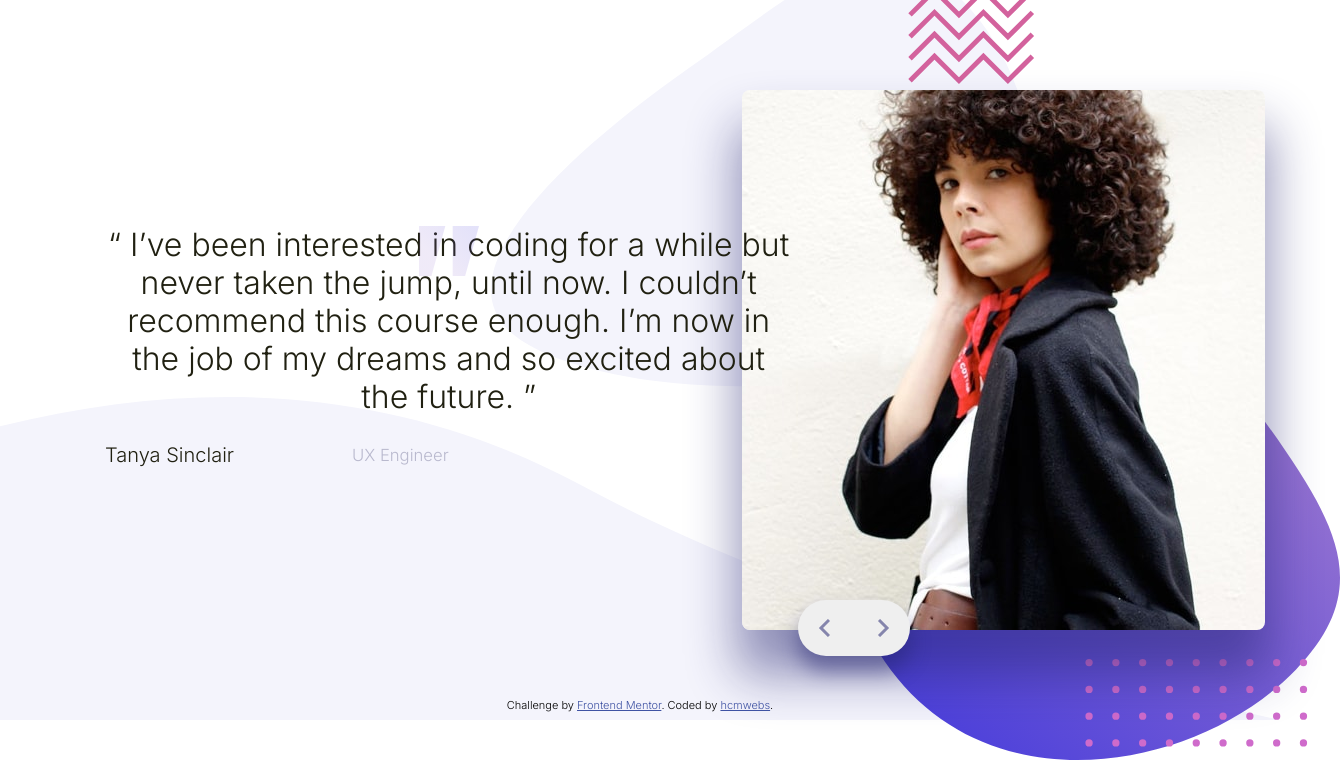
Repository: Hcmwebs/Coding-Bootcamp-Testimonials
Page: index.html
These files come from the project's save history. The page is drawn as it stood at one moment and after the next save; the edit follows.
The browser window is 1280 px wide. The page is 1340 px wide, so the pictures cover 1340 px, including what lies to the right of the window. The pictures show the whole page.
The style sheet was rebuilt from its Sass, Less or Tailwind sources for each picture, by a compiler version that may differ from the author's.

Above is the page before, as saved 2020-11-01 08:08:56.

### index.html
<!DOCTYPE html>
<html lang="en">
  <head>
    <meta charset="UTF-8" />
    <meta name="viewport" content="width=device-width, initial-scale=1.0" />
    <!-- displays site properly based on user's device -->

    <link
      rel="icon"
      type="image/png"
      sizes="32x32"
      href="./images/favicon-32x32.png"
    />
    <link rel="stylesheet" href="css/main.css" />
    <title>Frontend Mentor | Coding Bootcamp Testimonials Slider</title>

    <style></style>
  </head>
  <body>
    <div class="container">
      <div class="card" id="cardOne">
        <div class="card__header">
          <img
            src="images/image-tanya.jpg"
            alt="Profile Tanya"
            id="profileTanya"
            class="card__header--profileImg"
          />
        </div>

        <button id="btnPrimary">
          <img src="images/icon-prev.svg" alt="icon-prev" />
          <img src="images/icon-next.svg" alt="icon-next" />
        </button>

        <div class="card__body">
          <img src="images/pattern-quotes.svg" alt="pattern-quotes" />
          <h2>
            “ I’ve been interested in coding for a while but never taken the
            jump, until now. I couldn’t recommend this course enough. I’m now in
            the job of my dreams and so excited about the future. ”
          </h2>

          <div class="card__body--captionTxt">
            <p>Tanya Sinclair</p>
            <small>UX Engineer </small>
          </div>
        </div>
      </div>

      <!-- <div class="card cardTwo" id="cardTwo">
        <div class="card__header">
          <img
            src="images/image-john.jpg"
            alt="Profile John"
            id="profileJohn"
            class="card__header--profileImg"
          />
        </div>

        <button id="btnSecondary">
          <img src="images/icon-prev.svg" alt="icon-prev" />
          <img src="images/icon-next.svg" alt="icon-next" />
        </button>

        <div class="card__body">
          <h2>
            “ If you want to lay the best foundation possible I’d recommend
            taking this course. The depth the instructors go into is incredible.
            I now feel soconfident about starting up as a professional
            developer. ”
          </h2>
          <div class="card__body--captionTxt">
            <p>John Tarkpor</p>
            <small>Junior Front-end Developer</small>
          </div>
        </div>
      </div> -->

      <div class="attribution">
        Challenge by
        <a href="https://www.frontendmentor.io?ref=challenge" target="_blank"
          >Frontend Mentor</a
        >. Coded by
        <a href="https://github.com/Hcmwebs" target="_blank">hcmwebs</a>.
      </div>
    </div>

    <script src="main.js"></script>
  </body>
</html>

### main.js
const card = document.querySelectorAll('.card');
// const cardTwo = document.getElementById('cardTwo');
const container = document.querySelector('.container')
let active = false;
const btn= document.querySelectorAll('button');


for(let i = 0; i < card.length; i++ ){
btn[i].addEventListener('click', activate);
// btnSecondary.addEventListener('click', activate);
  function activate(){

    if(!active){
      card[i].classList.add('active');
      active = true;
    }
    else{
      card[i].classList.remove('active');
      active = false;
    }
  }
}

### scss/main.scss
@import url('https://fonts.googleapis.com/css2?family=Inter:wght@300;400&display=swap');

$font-stack:'Inter',
sans-serif;
$primaryColor : rgba(32, 32, 17, 1.0);
$secondaryColor : rgba(185, 185, 206, 1.0);
$boxShadowColor:rgba(36, 36, 113, 0.49);




@mixin gridCenter{
  display: grid;
  place-items: center;
}

@mixin flexCenter {
  display: flex;
  justify-content: center;
  align-items: center;

}

@mixin flexSpaceBetween {
  @include flexCenter;
  justify-content: space-between;
}


*{
  margin: 0;
  padding: 0;
  box-sizing: border-box;

}
body{
  font-family: $font-stack;
  font-size: 10px;
  font-weight: 300;
  height: 100vh;
  width: 100%;
  line-height: 30px;
  @include flexCenter;
  flex-direction: column;
}

.container{
  width: 100%;
  max-width: 375px;
  height: 100vh;
  @include flexCenter;
  grid-template-columns: 1fr;
  background-image: url(/images/pattern-curve.svg);
  background-size:contain;
  background-position: bottom, left;
  background-repeat: no-repeat;
  position: relative;

}
  .card{
  width: 375px;
  height: 667px;
  padding: 30px;
  @include flexSpaceBetween;
  flex-direction: column;
  background-image: url(/images/pattern-bg.svg);
  background-position: top center;
  background-size:contain;
  background-repeat: no-repeat;
  // box-shadow: 0 40px 50px 5px $boxShadowColor;
  position: absolute;
  transition: all 0.85s ease-in-out;

  &__header{
    width: 315px;
    height: 310px;


    &--profileImg{
      width: 100%;
      height: 100%;
      object-fit: cover;
      border-radius: 0.5rem;
      box-shadow: 0 40px 50px 5px $boxShadowColor;
    }

  }

  button {
    width: 80px;
    height: 40px;
    padding: 10px;
    border-radius: 28px;
    border: none;
    @include flexSpaceBetween;
    position:absolute;
    top:310px;
    box-shadow: 0 15px 20px 1px $boxShadowColor;
  }



  &__body{
    width: 100%;
    height: 230px;
    margin-bottom: 50px;
    @include flexCenter;
    flex-direction: column;

    img{

      width: 60px;
      height: 50px;
      object-fit: cover;
      transform: translateY(50px);

    }



    h2{
      font-size: 18px;
      font-weight: 300;
      text-align: center;
      color:$primaryColor;
    }

    &--captionTxt{
      text-align: left;
      font-size: 15px;
      font-weight: 300;
      @include flexSpaceBetween;
      flex-direction: column;


      p{
        color: $primaryColor;
        margin-bottom: 0;

      }

      small{
        color: $secondaryColor;

      }

    }

  }
}


.card-two{
  transform: translateX(2000px);
  display: none;

}
.card.active .cardTwo{
  transform: translateX(0);
  display: none;
}



.attribution {
  font-size: 11px;
  text-align: center;
  position: absolute;
  bottom: 0;
}

.attribution a {
  color: hsl(228, 45%, 44%);
}


.pattern-curve {
  width: 285px;
  height: 70px;
  object-fit: cover;

}
@media(min-width:768px){
  .container{
    max-width: 1440px;
    background-size: contain;

  }
  .card{
    width: 1400px;
    height: 800px;
    padding: 75px;
    flex-direction: row-reverse;
    background-position: bottom right;


    &__header{
      width: 540px;
      height: 540px;
    }

    button {
      width: 112px;
      height: 56px;
      padding: 20px;
      right: 430px;
      top: 640px;

    }


    &__body{
      width: 60%;
      line-height: 38px;
      padding: 20px;
      position: relative;
      z-index: 5;
      left: 70px;



      h2{
        font-size: 32px;
      }

      &--captionTxt{
      width: 50%;
      flex-direction: row;
      font-size: 20px;
      margin: 20px 0;
      align-self: flex-start;



      }

    }

  }



}

After the next save:
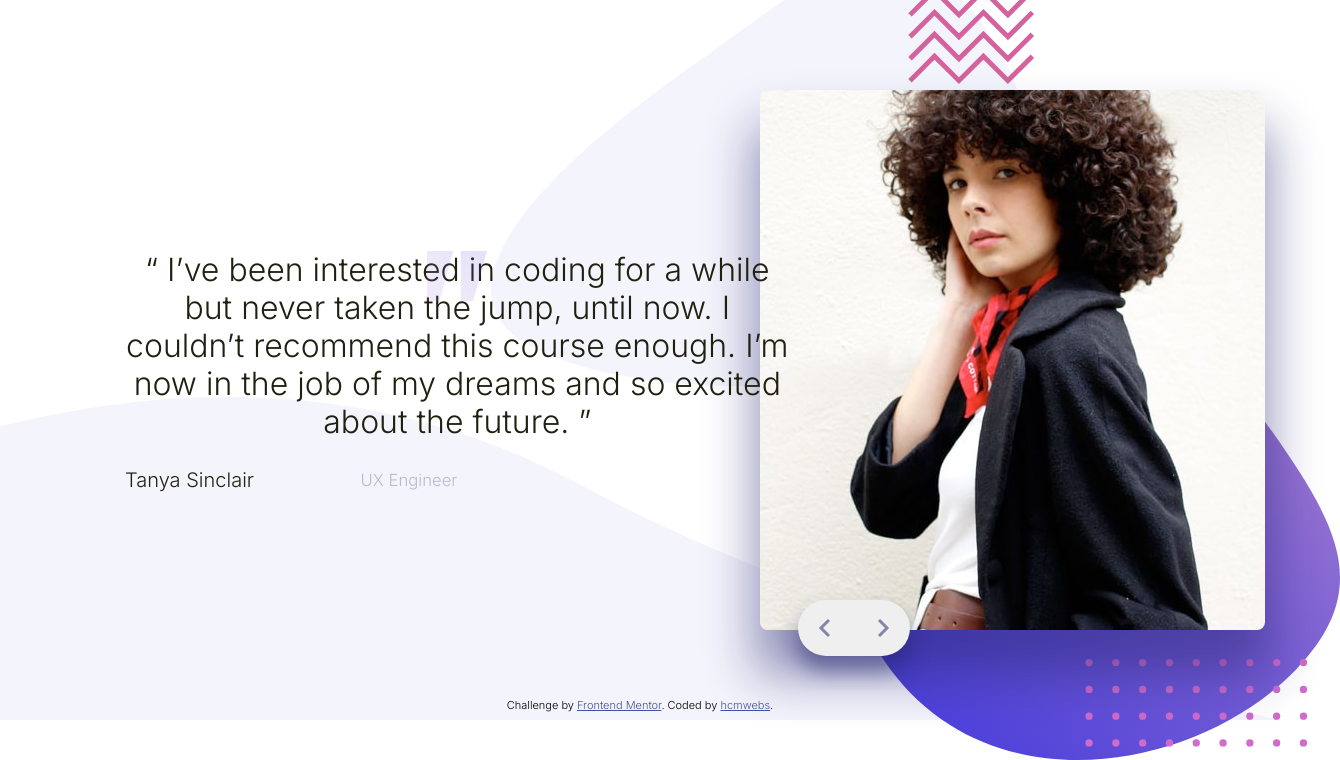
Saved 57 s later.
--- a/scss/main.scss
+++ b/scss/main.scss
@@ -103,7 +103,7 @@ body{
   &__body{
     width: 100%;
     height: 230px;
-    margin-bottom: 50px;
+    margin: 20px;
     @include flexCenter;
     flex-direction: column;
 
